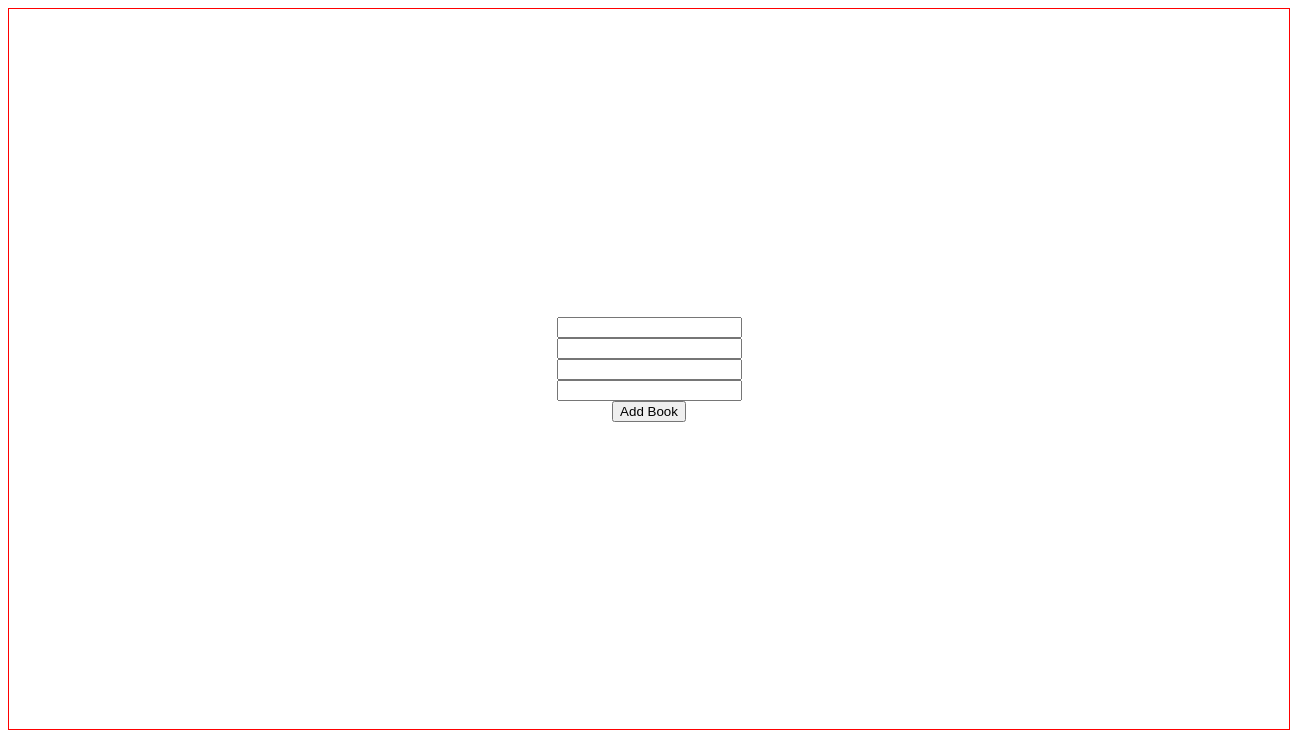
Repository: kocokoy/library
Page: index.html
An editor plug-in stored every save of this project. The page is shown before and after the next save, followed by the edit.
The browser window is 1280 px wide. The page is 1290 px wide, so the pictures cover 1290 px, including what lies to the right of the window. The pictures show the whole page.

Above is the page before, as saved 2024-11-05 14:47:05.

After the next save:
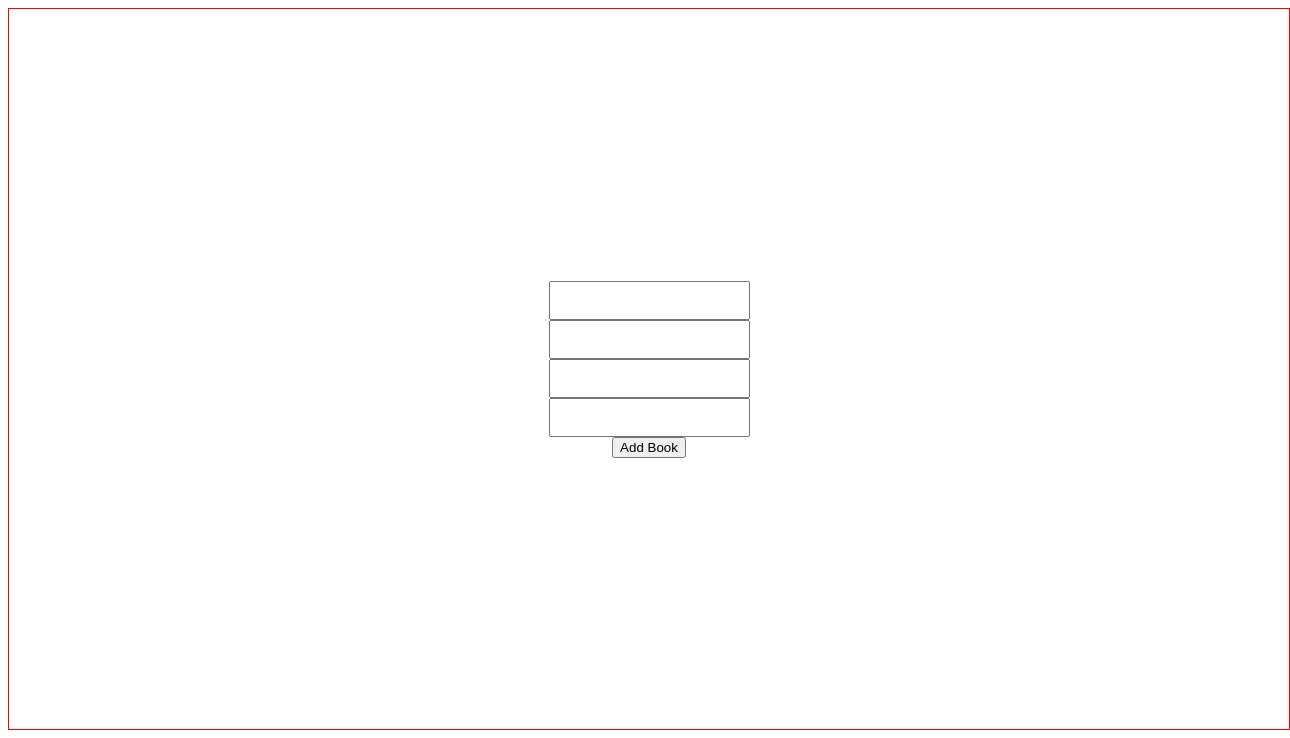
Saved 20 s later.
--- a/style.css
+++ b/style.css
@@ -1,10 +1,12 @@
 body{
   display: flex;
   flex-direction: column;
-  line-height: 10px;
   width: 100%;
   height: 100vh;
   justify-content: center;
   align-items: center;
   border: 1px solid red;
 }
+input{
+  padding: 10px;
+}
